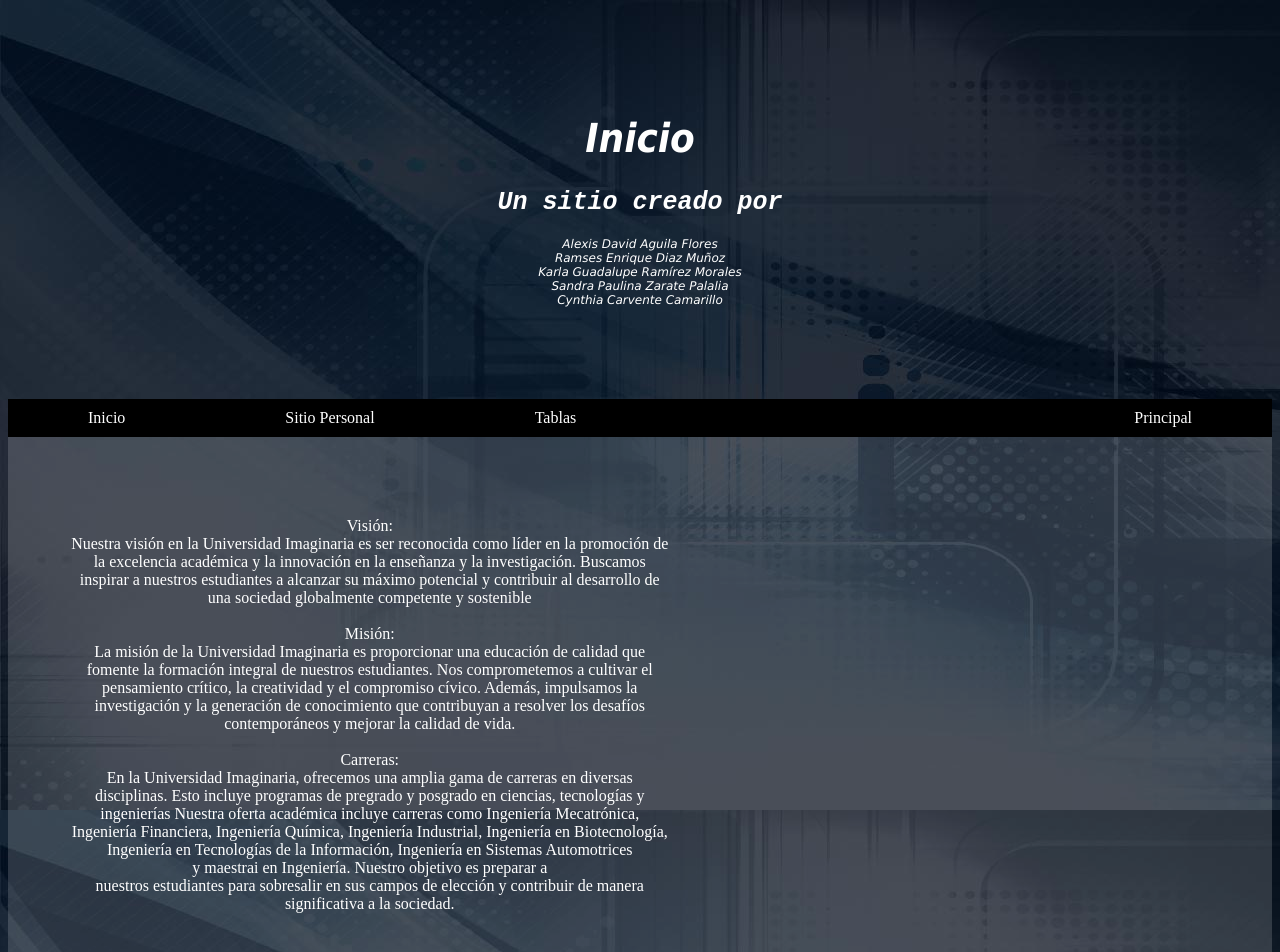
Repository: Dogueen/miniProyectoUniversidad
Page: miniProyecto/pages/inicio.html
These files come from the project's save history. The page is drawn as it stood at one moment and after the next save; the edit follows.
The browser window is 1280 px wide. The pictures show the part of the page from y = 0 to 952 px (the page is 2184 px tall before and 1898 px after).

Above is the page before, as saved 2023-10-31 11:57:13.

After the next save:
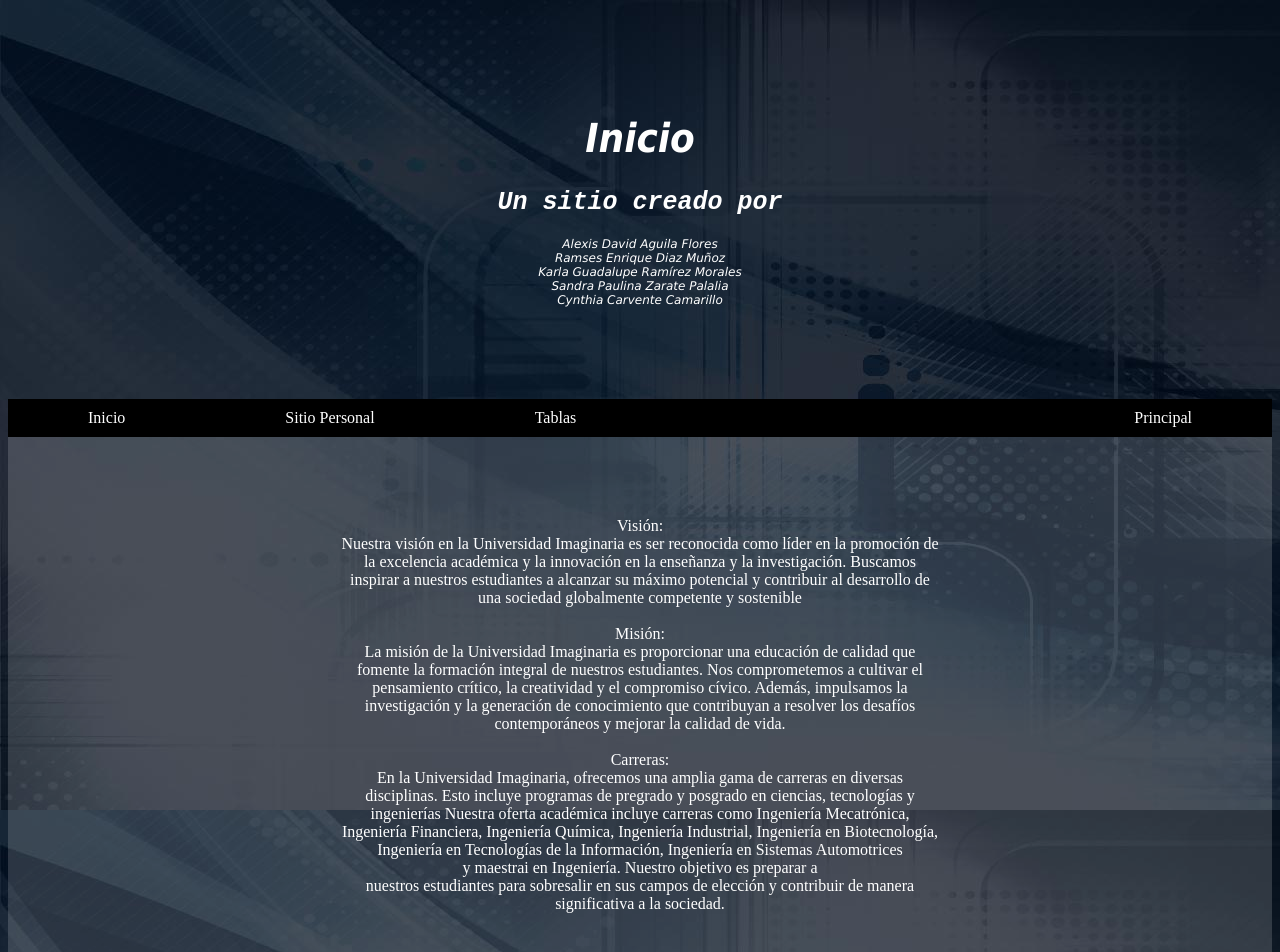
Saved 40 s later.
--- a/miniProyecto/styles/inicio.css
+++ b/miniProyecto/styles/inicio.css
@@ -59,14 +59,14 @@ body {
 }
 
 .side {
-    display:flex;
+    flex: 30%;
     background-color: #f1f1f12a;
     padding: 5% 5%;
     text-align: left;
 }
 
 .main {
-    display:flex;
+    flex: 70%;
     background-color: #f1f1f12a;
     padding: 5% 5%;
     text-align: right;
